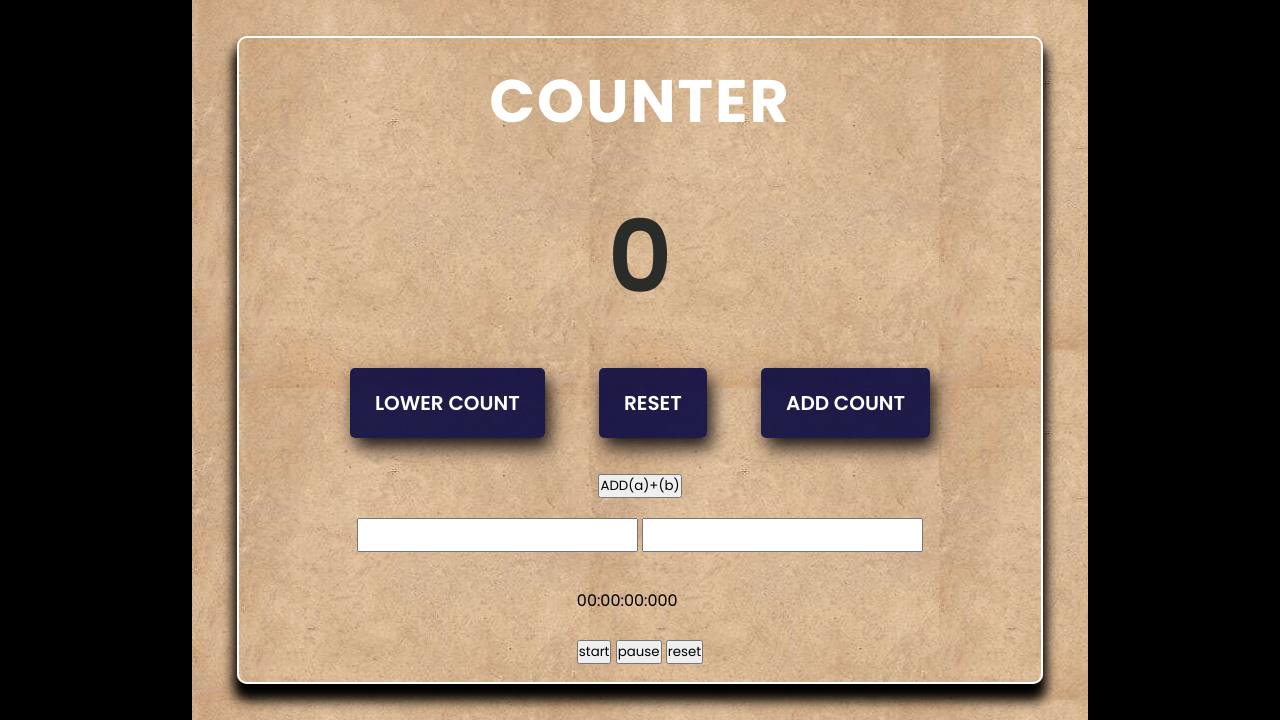
Repository: ArusyakAghajanyan/Counter
Page: index.html
These files come from the project's save history. The page is drawn as it stood at one moment and after the next save; the edit follows.
The browser window is 1280 px wide. The pictures show the whole page.

Above is the page before, as saved 2022-02-15 01:23:18.

After the next save:
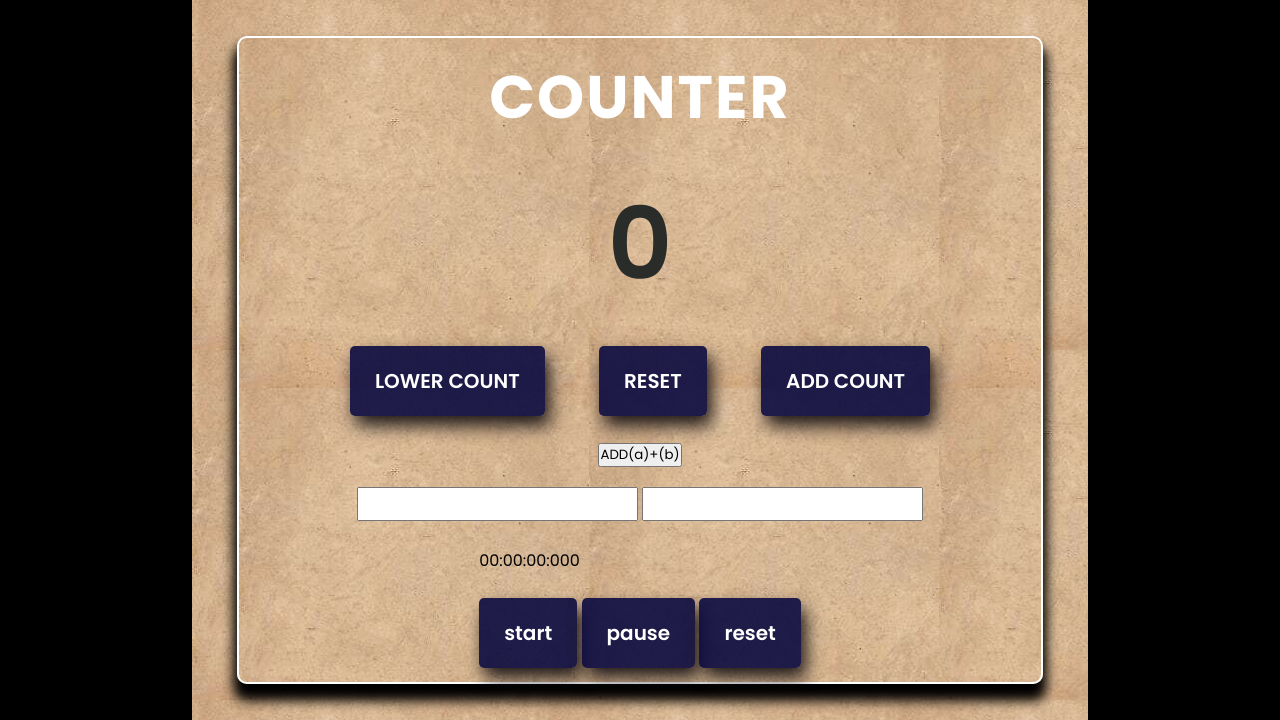
Saved 8 s later.
--- a/index.html
+++ b/index.html
@@ -28,7 +28,7 @@
                     <input type="number" id="inputNum2"><span class="equals"></span>
                     <span id="valueOfSum"></span>
                 </div>
-                <form name="form_main" >
+                <form name="form_main" class="options" >
                     <div>
                       <span id="hour">00</span>:<span id="minute">00</span>:<span id="second">00</span>:<span id="millisecond">000</span>
                     </div>

After the save that followed:
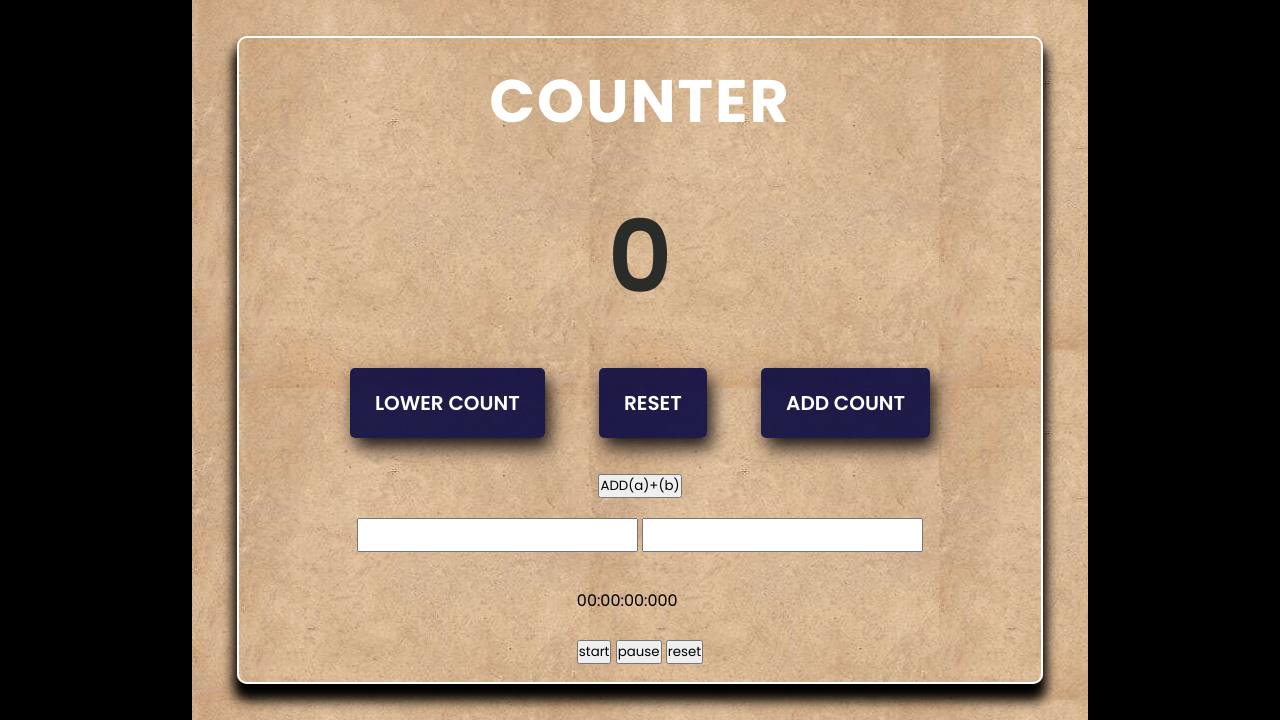
Saved 45 s later.
--- a/index.html
+++ b/index.html
@@ -28,7 +28,7 @@
                     <input type="number" id="inputNum2"><span class="equals"></span>
                     <span id="valueOfSum"></span>
                 </div>
-                <form name="form_main" class="options" >
+                <form name="form_main" >
                     <div>
                       <span id="hour">00</span>:<span id="minute">00</span>:<span id="second">00</span>:<span id="millisecond">000</span>
                     </div>
